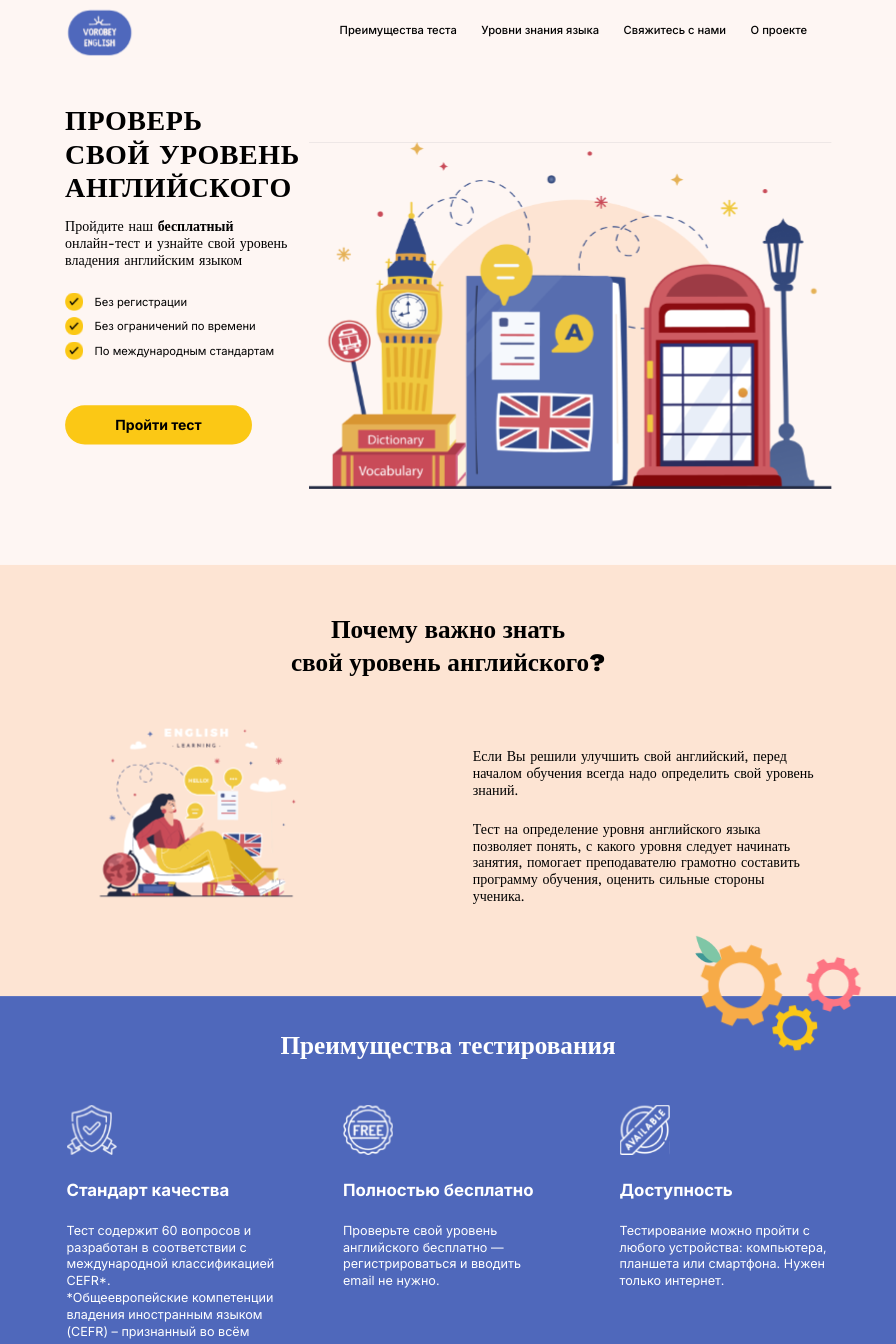
Repository: WladimirVA/Diplom
Page: templates/Index.html
The author's editor kept a copy of each file at every save. The page is drawn from the files as they stood at one save, then again after the next save.
The browser window is 1280 px wide. The pictures show the part of the page from y = 0 to 1920 px (the page is 3869 px tall before and 3821 px after), at 70% of full size.

Above is the page before, as saved 2023-05-11 17:48:25.

After the next save:
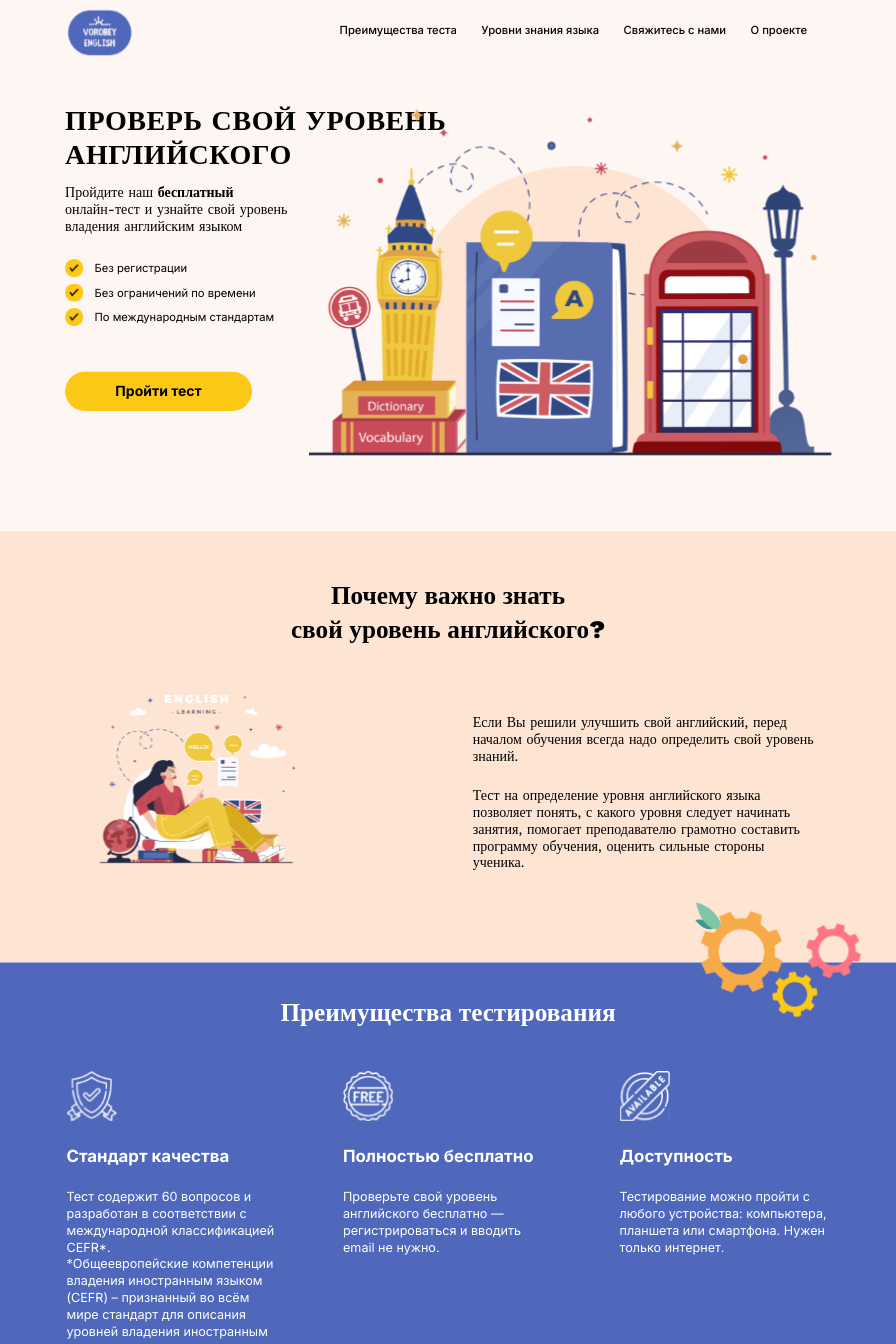
Saved 18 min 56 s later.
--- a/templates/Index.html
+++ b/templates/Index.html
@@ -7,11 +7,11 @@
     <link href="../static/css/style.css" rel="stylesheet" type="text/css">
     <link href="../static/css/fonts.css" rel="stylesheet" type="text/css">
     <link href="../static/css/slider.css">
-    <link rel="icon" sizes="16x16" href="../static/img/Иконка _Лого_ (1_1).svg" type="image/x-icon">
+    <link rel="icon" sizes="16x16" href="./static/img/Иконка _Лого_ (1_1).svg" type="image/x-icon">
     <title>Vorobeyenglish</title>
 </head>
 <body>
-<script src="../static/js/listmenu.js"></script>
+<!-- <script src="./js/scrollButton.js"></script> -->
 <header class="header" di="HOME">
     <div class="section">
         <div class="section-header">
@@ -32,9 +32,7 @@
                             <a class="link" href="№">Главная</a>
                             <a class="link" href="#ADVAN_TEST">Преимущества теста</a>
                             <a class="link" href="#LANGUAGE_LEVELS">Уровни знания языка</a>
-                                <form class="dropdown-button-mob" action="./next_test" method="post">
-                                    <button class="dropdown-button-mob1">Пройти тест</button>
-                                </form>
+                            <a class="link" href="../next_test">Пройти тест</a>
                             <a class="link" href="#">О проекте</a>
                             <a class="link" href="mailto:englishtest@yandex.ru">Свяжитесь с нами</a>
                         </div>
@@ -56,7 +54,7 @@
         <div class="section">
             <div class="content">
                 <h1 class="title">
-                    проверь<br class="br-mob"> свой уровень <br>английского
+                    проверь свой уровень <br>английского
                 </h1>
                 <div class="section-home">
 
@@ -302,5 +300,6 @@
         </div>
     </div>
 </footer>
+
 </body>
 </html>
